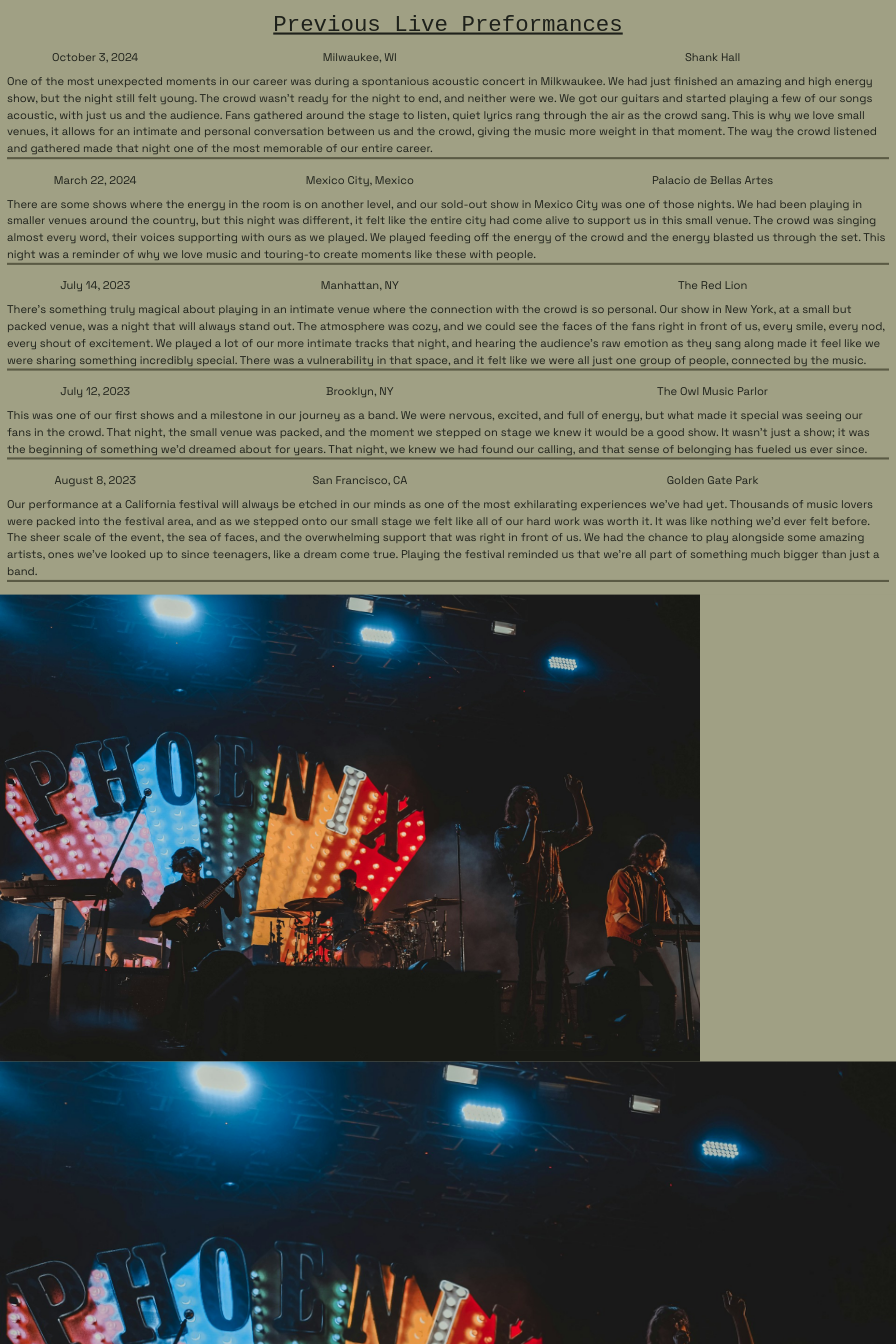
Repository: lime929/voices-del-viento
Page: /tour
An editor plug-in stored every save of this project. The page is shown before and after a run of saves, followed by the edit.
The browser window is 1280 px wide. The pictures show the part of the page from y = 999 to 2919 px (the page is 9916 px tall before and 9926 px after), at 70% of full size.
An inner scrolling area shows only its first screen. The project was rebuilt for these pictures with package versions that can differ from the ones it lists, and the page was loaded fresh each time. The framework's server and built-in components were replaced by stand-ins that run in the browser. Also part of the build but not shown: next.config.mjs.

Above is the page before, as saved 2026-09-14 16:41:56.

After the next 2 saves:
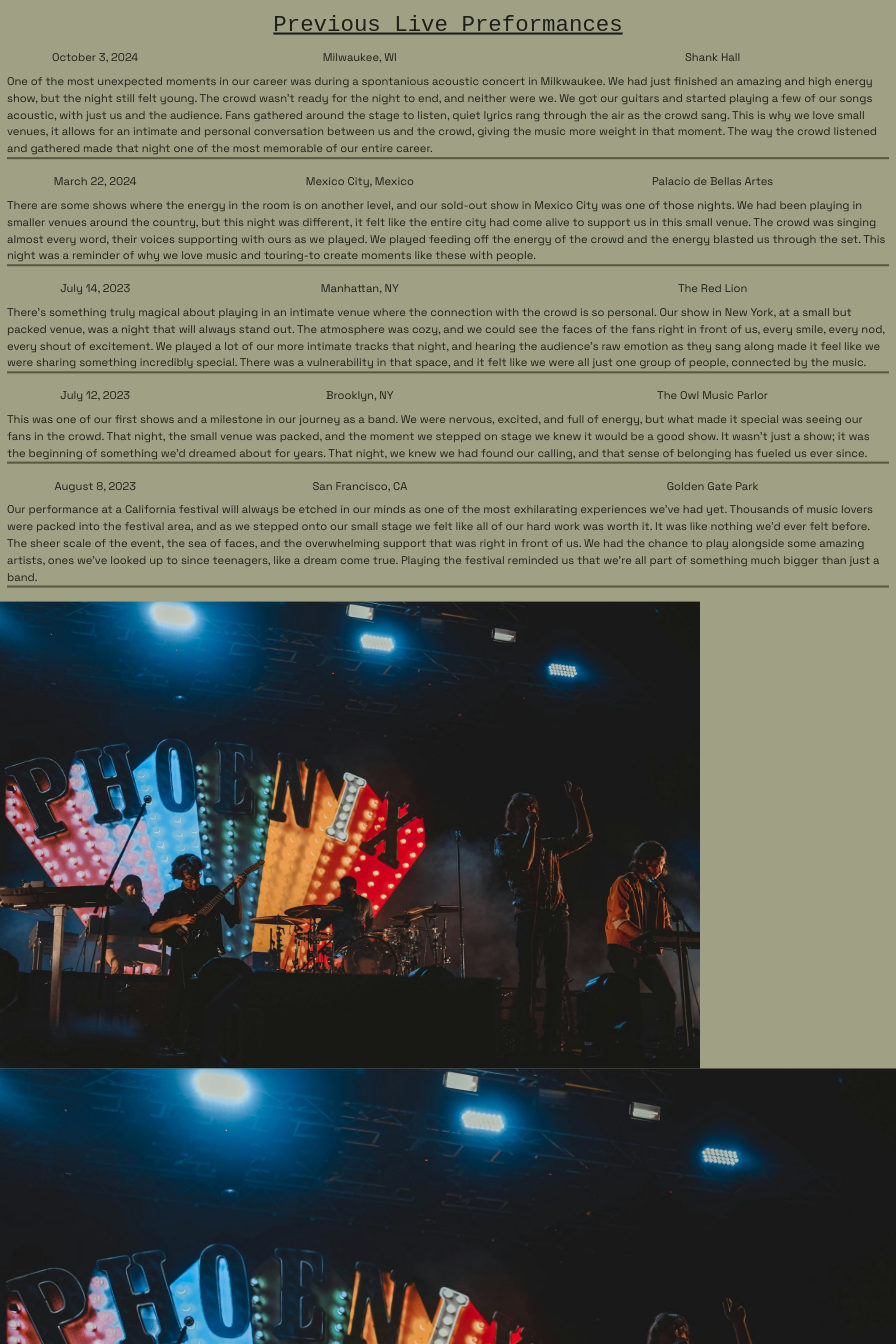
The 2 saves are shown as one change because they came seconds apart.
The last was saved 14 s later.
--- a/app/tour/page.module.css
+++ b/app/tour/page.module.css
@@ -157,7 +157,7 @@
 
 .tourDescription {
   border-bottom: 3px solid var(--color-band-olive);
-  margin-bottom: 8px;
+  margin-bottom: 10px;
 }
 
 
